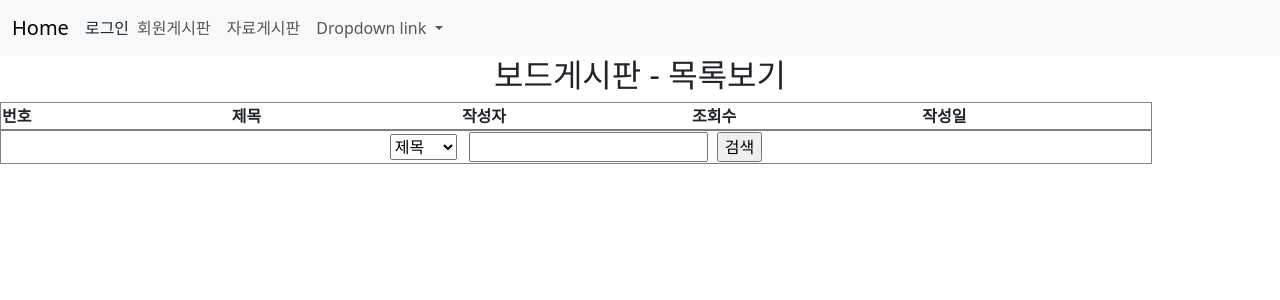
Repository: AHJ2616/Java
Page: http://localhost/board-jsp/08Board/List.jsp
These files come from the project's save history. The page is drawn as it stood at one moment and after the next save; the edit follows.
The browser window is 1280 px wide. The pictures show the whole page.
The page is served by Tomcat 9.

Above is the page before, as saved 2024-07-26 05:34:05.

After the next save:
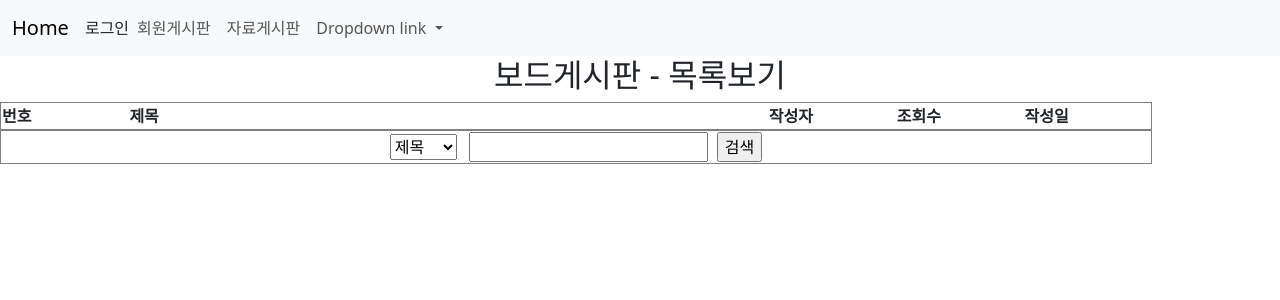
Saved 41 s later.
--- a/jsp_workspace/board-jsp/src/main/webapp/08Board/List.jsp
+++ b/jsp_workspace/board-jsp/src/main/webapp/08Board/List.jsp
@@ -13,7 +13,7 @@
 <table border="1" width="90%">
 <tr>
 <th width="10%">번호</th>
-<th width="10%">제목</th>
+<th width="50%">제목</th>
 <th width="10%">작성자</th>
 <th width="10%">조회수</th>
 <th width="10%">작성일</th>
